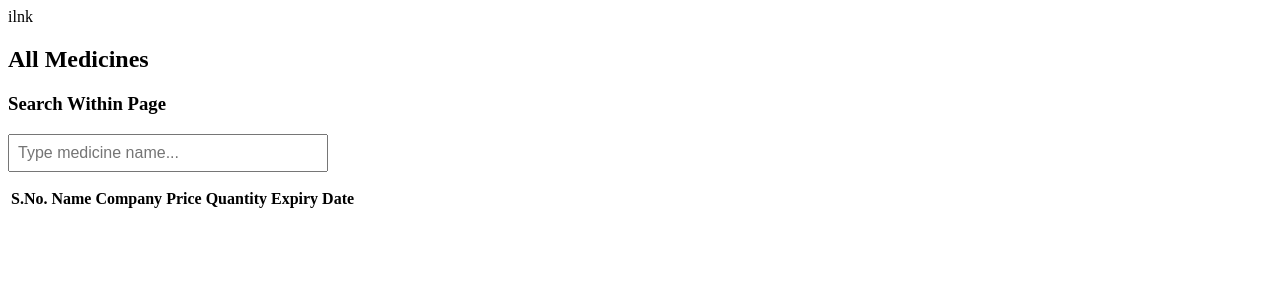
Repository: sal12321/Medi-Manager
Page: http://localhost/mediCO/view_all.jsp
These files come from the project's save history. The page is drawn as it stood at one moment and after the next save; the edit follows.
The browser window is 1280 px wide. The pictures show the whole page.
The page is served by Tomcat 10. Other server files are loaded and not shown. Queries for data that is not in the repository find no rows.

Above is the page before, as saved 2025-08-07 16:01:44.

### mediCO/src/main/webapp/view_all.jsp
<%@ page import="java.sql.*, java.util.*" %>
<%
class Medicine {
    int id;
    String name;
    String company;
    double price;
    int quantity;
    java.sql.Date expiry;

    Medicine(int id, String name, String company, double price, int quantity, java.sql.Date expiry) {
        this.id = id;
        this.name = name;
        this.company = company;
        this.price = price;
        this.quantity = quantity;
        this.expiry = expiry;
    }
}

ArrayList<Medicine> medicines = new ArrayList<>();

try {
    Class.forName("com.mysql.cj.jdbc.Driver");
    Connection conn = DriverManager.getConnection(
        "jdbc:mysql://localhost:3306/med2025", "root", "root@123");

    Statement stmt = conn.createStatement();
    ResultSet rs = stmt.executeQuery("SELECT * FROM medicine ORDER BY name ASC");

    while (rs.next()) {
        Medicine m = new Medicine(
            rs.getInt("id"),
            rs.getString("name"),
            rs.getString("company"),
            rs.getDouble("price"),
            rs.getInt("quantity"),
            rs.getDate("expiry")
        );
        medicines.add(m);
    }

    rs.close();
    stmt.close();
    conn.close();
} catch (Exception e) {
    out.println("<p style='color:red;'>Error: " + e.getMessage() + "</p>");
}
%>

<!DOCTYPE html>
<html>
<head>
    <title>All Medicines</title>

   ilnk

</head>
<body>
    <h2>All Medicines</h2>

    <h3>Search Within Page</h3>
<input type="text" id="pageSearch" placeholder="Type medicine name..." onkeyup="scrollToMedicine()" style="padding:8px; width:300px; font-size:16px; margin-bottom: 15px;">





    <table>
        <tr>
            <th>S.No.</th>
            <th>Name</th>
            <th>Company</th>
            <th>Price</th>
            <th>Quantity</th>
            <th>Expiry Date</th>
        </tr>
        <%
            java.util.Date today = new java.util.Date();
            int serialNo = 1;
            for (Medicine m : medicines) {
                boolean isExpired = m.expiry.before(today);
        %>
        <tr class="<%= isExpired ? "expired" : "" %>">
            <td><%= serialNo++ %></td>
            <td><%= m.name %></td>
            <td><%= m.company %></td>
            <td><%= m.price %></td>
            <td><%= m.quantity %></td>
            <td><%= m.expiry %></td>
        </tr>
        <% } %>
    </table>
</body>

<script src="highlightMed.js"></script>

</html>

### mediCO/src/main/java/Medicine.java


public class Medicine {
    private int id;
    private String name;
    private String company;
    private double price;
    private int quantity;

    // Constructors
    public Medicine(int id, String name, String company, double price, int quantity) {
        this.id = id;
        this.name = name;
        this.company = company;
        this.price = price;
        this.quantity = quantity;
    }

    // Getters
    public int getId() { return id; }
    public String getName() { return name; }
    public String getCompany() { return company; }
    public double getPrice() { return price; }
    public int getQuantity() { return quantity; }


}

### mediCO/src/main/webapp/JS/highlightMed.js
function scrollToMedicine() {
       const input = document.getElementById("pageSearch").value.toLowerCase();
       const rows = document.querySelectorAll("table tbody tr");

       let found = false;
       rows.forEach(row => {
           row.style.backgroundColor = ""; // reset all

           const nameCell = row.cells[1]; // 2nd column = name
           if (nameCell && nameCell.textContent.toLowerCase().startsWith(input) && input !== "") {
               if (!found) {
                   row.scrollIntoView({ behavior: "smooth", block: "center" });
                   row.style.backgroundColor = "#ffff99"; // highlight
                   found = true;
               }
           }
       });
   }

After the next save:
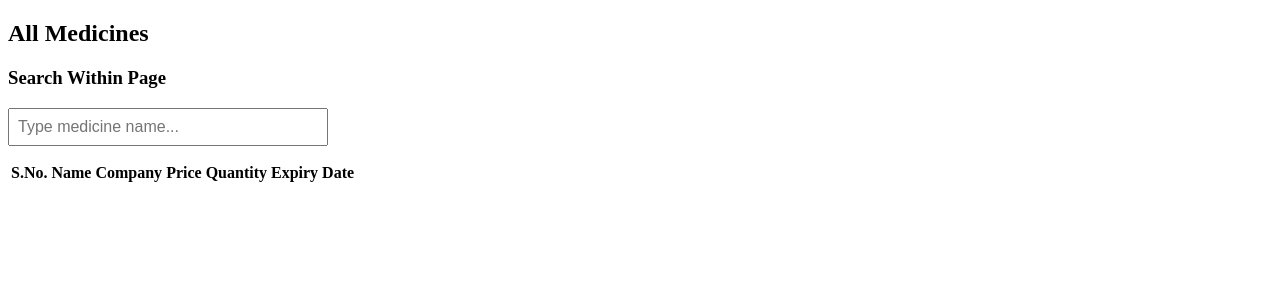
Not found: mediCO/mediCO/forViewAll
Saved 32 s later.
--- a/mediCO/src/main/webapp/view_all.jsp
+++ b/mediCO/src/main/webapp/view_all.jsp
@@ -53,8 +53,7 @@ try {
 <head>
     <title>All Medicines</title>
 
-   ilnk
-
+       <link rel="stylesheet" href="forViewAll">
 </head>
 <body>
     <h2>All Medicines</h2>
